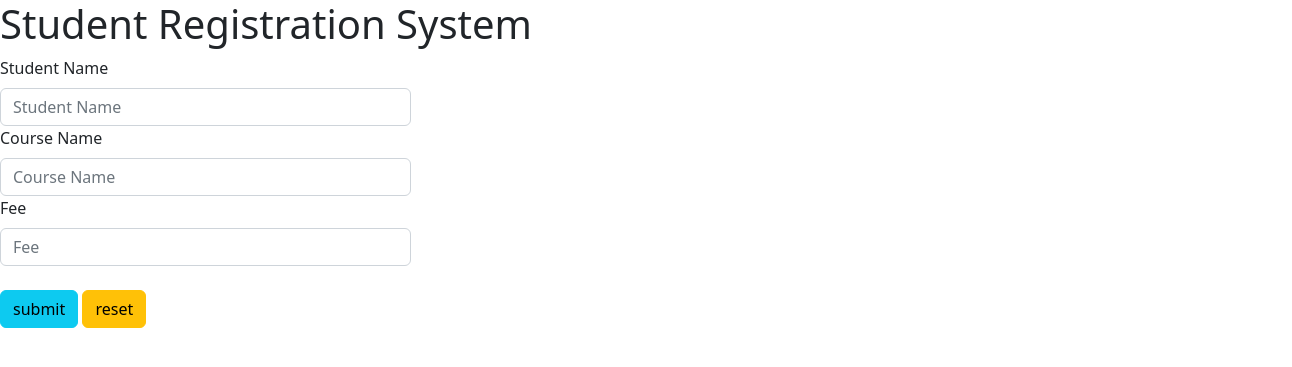
Repository: minhnhien2212/self-study
Page: http://localhost/StudentRegistration/
These files come from the project's save history. The page is drawn as it stood at one moment and after the next save; the edit follows.
The browser window is 1280 px wide. The page is 1292 px wide, so the pictures cover 1292 px, including what lies to the right of the window. The pictures show the whole page.
The page is served by Tomcat 9.

Above is the page before, as saved 2022-11-21 03:36:51.

### StudentRegistration/src/main/webapp/index.jsp
<%@ page language="java" contentType="text/html; charset=UTF-8"
    pageEncoding="UTF-8"%>
<!DOCTYPE html>
<html>
<head>
<meta charset="UTF-8">
<title>Insert title here</title>
<link href="https://cdn.jsdelivr.net/npm/bootstrap@5.2.2/dist/css/bootstrap.min.css" rel="stylesheet" integrity="sha384-Zenh87qX5JnK2Jl0vWa8Ck2rdkQ2Bzep5IDxbcnCeuOxjzrPF/et3URy9Bv1WTRi" crossorigin="anonymous">
<script src="https://cdn.jsdelivr.net/npm/@popperjs/core@2.11.6/dist/umd/popper.min.js" integrity="sha384-oBqDVmMz9ATKxIep9tiCxS/Z9fNfEXiDAYTujMAeBAsjFuCZSmKbSSUnQlmh/jp3" crossorigin="anonymous"></script>
<script src="https://cdn.jsdelivr.net/npm/bootstrap@5.2.2/dist/js/bootstrap.min.js" integrity="sha384-IDwe1+LCz02ROU9k972gdyvl+AESN10+x7tBKgc9I5HFtuNz0wWnPclzo6p9vxnk" crossorigin="anonymous"></script>
</head>
<body>
	<h1>Student Registration System</h1>

	<div class="row">
		<div class="col-sm-4">
			<form action="#" method="POST">

				<div align="left">
					<label class="form-label">Student Name</label>
					<input type="text" class="form-control" placeholder="Student Name" name="name" id="name" required>
				</div>

				<div align="left">
					<label class="form-label">Course Name</label>
					<input type="text" class="form-control" placeholder="Course Name" name="course" id="course" required>
				</div>

				<div align="left">
					<label class="form-label">Fee</label>
					<input type="text" class="form-control" placeholder="Fee" name="fee" id="fee" required>
				</div>
				<br>
				<div align="left">
					<input type="submit" id="submit" value="submit" name="submit" class="btn btn-info">
					<input type="reset" id="reset" value="reset" name="reset" class="btn btn-warning">

				</div>
			</form>
		</div>

		<div class="col-sm-8">

		</div>


	</div>
</body>
</html>

After the next save:
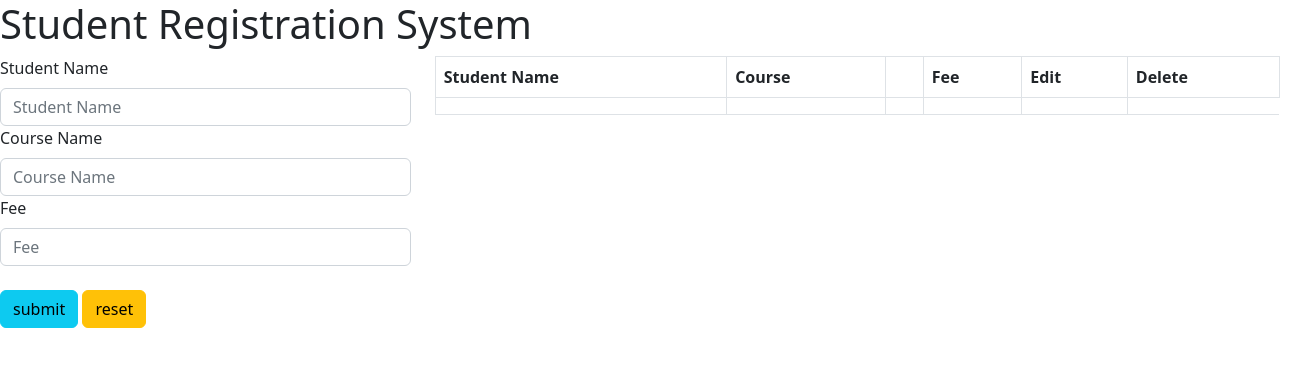
Saved 6 min 34 s later.
--- a/StudentRegistration/src/main/webapp/index.jsp
+++ b/StudentRegistration/src/main/webapp/index.jsp
@@ -40,7 +40,27 @@
 		</div>
 
 		<div class="col-sm-8">
+			<div class="panel-body">
+				<table id="tbl-student" class="table table-responsive table-bordered" cellpadding="0" width="100%">
+					<thead>
+						<tr>
+							<th>Student Name</th>
+							<th>Course<th>
+							<th>Fee</th>
+							<th>Edit</th>
+							<th>Delete</th>
+						</tr>
 
+						<tr>
+							<td></td>
+							<td></td>
+							<td></td>
+							<td></td>
+							<td></td>
+						</tr>
+
+				</table>
+			</div>
 		</div>
 
 
